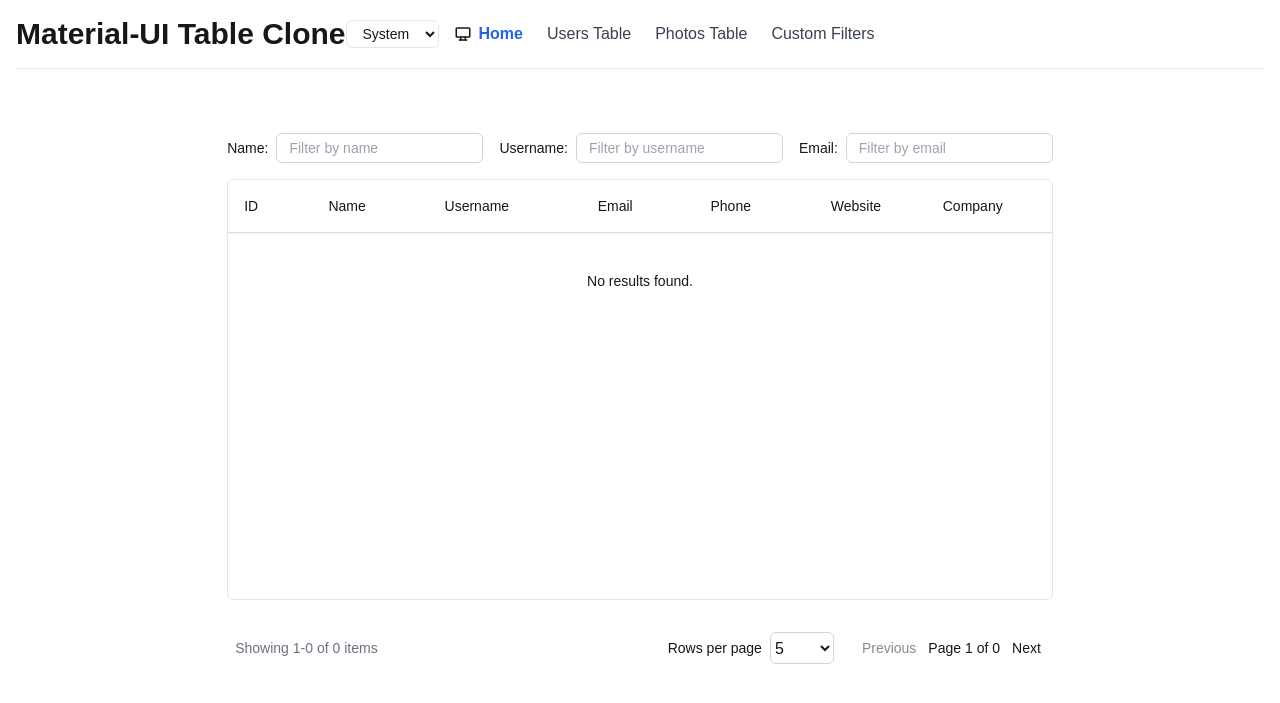
Repository: Dvirco1234/mini-mui-table
Page: /
These files come from the project's save history. The page is drawn as it stood at one moment and after the next save; the edit follows.
The browser window is 1280 px wide. The pictures show the whole page.
The page's requests for data from a server got no answer. The project was rebuilt for these pictures with package versions that can differ from the ones it lists, and the page was loaded fresh each time. The framework's server and built-in components were replaced by stand-ins that run in the browser. No one was signed in, and anything a server would have sent is missing. Also part of the build but not shown: next.config.ts.

Above is the page before, as saved 2025-03-03 22:04:29.

After the next save:
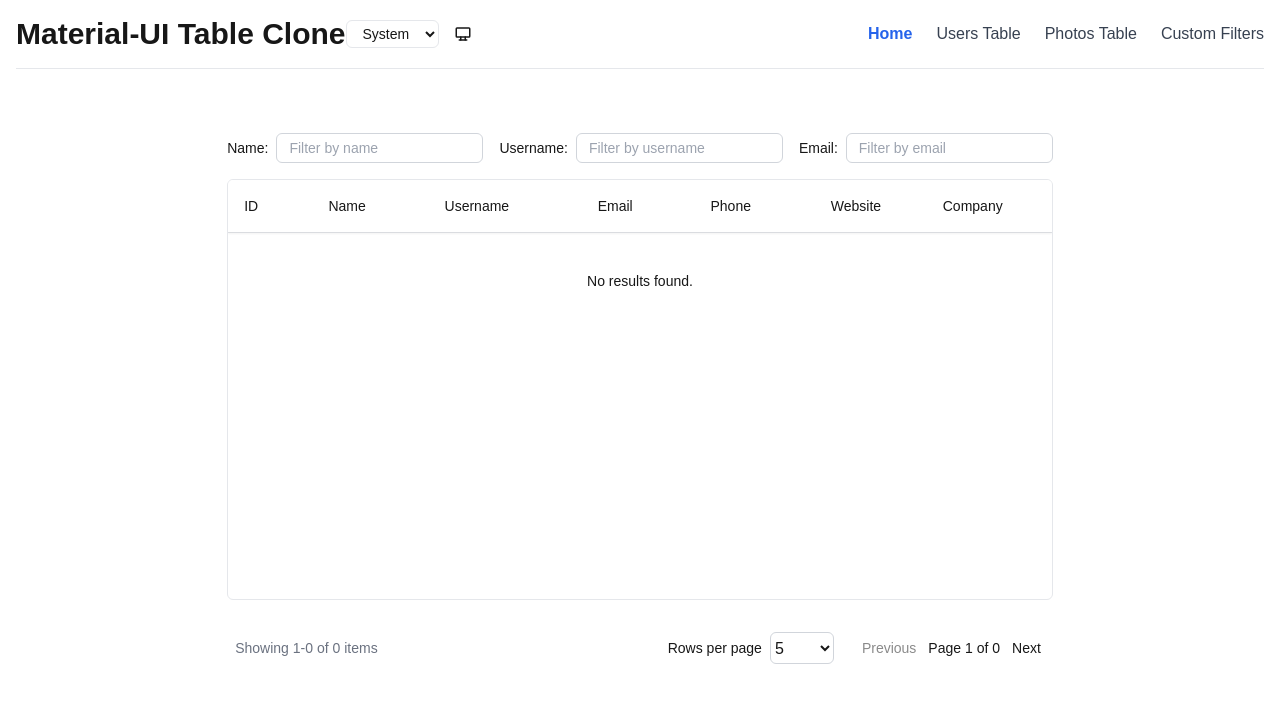
Saved 13 s later.
--- a/src/components/layout/Navigation.tsx
+++ b/src/components/layout/Navigation.tsx
@@ -15,13 +15,13 @@ export function Navigation() {
   const pathname = usePathname();
 
   return (
-    <div className="w-full flex border-b py-4 mb-6">
+    <div className="w-full flex border-b py-4 mb-6 justify-between">
       <div className="flex justify-between items-center ">
         <h1 className="text-3xl font-bold">Material-UI Table Clone</h1>
         <ThemeToggle />
       </div>
 
-      <nav className="flex items-center ">
+      <nav className="flex items-center">
         <ul className="flex flex-wrap gap-6">
           {navItems.map((item) => (
             <li key={item.path}>
